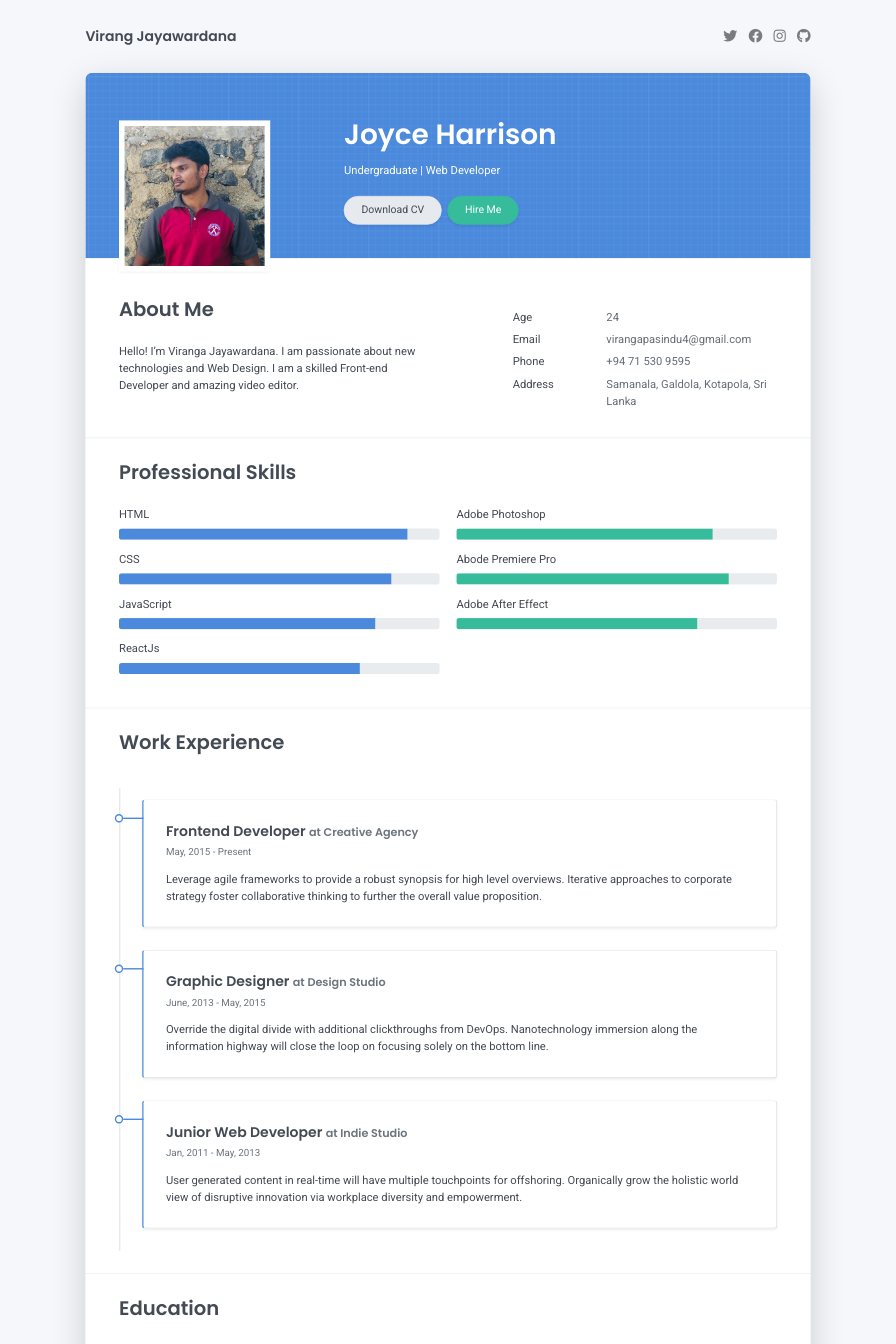
Repository: virangaj/resume
Page: index.html
The author's editor kept a copy of each file at every save. The page is drawn from the files as they stood at one save, then again after the next save.
The browser window is 1280 px wide. The pictures show the part of the page from y = 0 to 1920 px (the page is 3388 px tall), at 70% of full size.

Above is the page before, as saved 2021-08-31 19:27:20.

### index.html
<!DOCTYPE html>
<html lang="en-US">
	<head>
		<meta charset="UTF-8" />
		<meta http-equiv="X-UA-Compatible" content="IE=edge" />
		<meta name="viewport" content="width=device-width, initial-scale=1" />
		<title>Virang Jayawardana</title>
		<link
			rel="preconnect"
			href="https://fonts.gstatic.com"
			crossorigin="crossorigin"
		/>
		<link
			rel="preload"
			as="style"
			href="https://fonts.googleapis.com/css2?family=Poppins:wght@600&amp;family=Roboto:wght@300;400;500;700&amp;display=swap"
		/>
		<link
			rel="stylesheet"
			href="https://fonts.googleapis.com/css2?family=Poppins:wght@600&amp;family=Roboto:wght@300;400;500;700&amp;display=swap"
			media="print"
			onload="this.media='all'"
		/>
		<noscript>
			<link
				rel="stylesheet"
				href="https://fonts.googleapis.com/css2?family=Poppins:wght@600&amp;family=Roboto:wght@300;400;500;700&amp;display=swap"
			/>
		</noscript>
		<link href="css/font-awesome/css/all.min.css?ver=1.2.0" rel="stylesheet" />
		<link href="css/bootstrap.min.css?ver=1.2.0" rel="stylesheet" />
		<link href="css/aos.css?ver=1.2.0" rel="stylesheet" />
		<link href="css/main.css?ver=1.2.0" rel="stylesheet" />
		<noscript>
			<style type="text/css">
				[data-aos] {
					opacity: 1 !important;
					transform: translate(0) scale(1) !important;
				}
			</style>
		</noscript>
	</head>
	<body id="top">
		<header class="d-print-none">
			<div class="container text-center text-lg-left">
				<div class="py-3 clearfix">
					<h1 class="site-title mb-0">Virang Jayawardana</h1>
					<div class="site-nav">
						<nav role="navigation">
							<ul class="nav justify-content-center">
								<li class="nav-item">
									<a
										class="nav-link"
										href="https://twitter.com/VirangaPasi"
										title="Twitter"
										><i class="fab fa-twitter"></i
										><span class="menu-title sr-only">Twitter</span></a
									>
								</li>
								<li class="nav-item">
									<a
										class="nav-link"
										href="https://www.facebook.com/virangapasindu.jayawardana/"
										title="Facebook"
										><i class="fab fa-facebook"></i
										><span class="menu-title sr-only">Facebook</span></a
									>
								</li>
								<li class="nav-item">
									<a
										class="nav-link"
										href="https://www.instagram.com/pasiya_k9/"
										title="Instagram"
										><i class="fab fa-instagram"></i
										><span class="menu-title sr-only">Instagram</span></a
									>
								</li>
								<li class="nav-item">
									<a
										class="nav-link"
										href="https://github.com/Viranga-pasi"
										title="Github"
										><i class="fab fa-github"></i
										><span class="menu-title sr-only">Github</span></a
									>
								</li>
							</ul>
						</nav>
					</div>
				</div>
			</div>
		</header>
		<div class="page-content">
			<div class="container">
				<div class="cover shadow-lg bg-white">
					<div class="cover-bg p-3 p-lg-4 text-white">
						<div class="row">
							<div class="col-lg-4 col-md-5">
								<div class="avatar hover-effect bg-white shadow-sm p-1">
									<img src="images/avatar.jpg" width="200" height="200" />
								</div>
							</div>
							<div class="col-lg-8 col-md-7 text-center text-md-start">
								<h2 class="h1 mt-2" data-aos="fade-left" data-aos-delay="0">
									Joyce Harrison
								</h2>
								<p data-aos="fade-left" data-aos-delay="100">
									Undergraduate | Web Developer
								</p>
								<div
									class="d-print-none"
									data-aos="fade-left"
									data-aos-delay="200"
								>
									<a
										class="btn btn-light text-dark shadow-sm mt-1 me-1"
										href="right-resume.pdf"
										target="_blank"
										>Download CV</a
									><a class="btn btn-success shadow-sm mt-1" href="#contact"
										>Hire Me</a
									>
								</div>
							</div>
						</div>
					</div>
					<div class="about-section pt-4 px-3 px-lg-4 mt-1">
						<div class="row">
							<div class="col-md-6">
								<h2 class="h3 mb-3">About Me</h2>
								<p>
									Hello! I’m Viranga Jayawardana. I am passionate about new
									technologies and Web Design. I am a skilled Front-end
									Developer and amazing video editor.
								</p>
							</div>
							<div class="col-md-5 offset-md-1">
								<div class="row mt-2">
									<div class="col-sm-4">
										<div class="pb-1">Age</div>
									</div>
									<div class="col-sm-8">
										<div class="pb-1 text-secondary">24</div>
									</div>
									<div class="col-sm-4">
										<div class="pb-1">Email</div>
									</div>
									<div class="col-sm-8">
										<div class="pb-1 text-secondary">
											virangapasindu4@gmail.com
										</div>
									</div>
									<div class="col-sm-4">
										<div class="pb-1">Phone</div>
									</div>
									<div class="col-sm-8">
										<div class="pb-1 text-secondary">+94 71 530 9595</div>
									</div>
									<div class="col-sm-4">
										<div class="pb-1">Address</div>
									</div>
									<div class="col-sm-8">
										<div class="pb-1 text-secondary">
											Samanala, Galdola, Kotapola, Sri Lanka
										</div>
									</div>
								</div>
							</div>
						</div>
					</div>
					<hr class="d-print-none" />
					<div class="skills-section px-3 px-lg-4">
						<h2 class="h3 mb-3">Professional Skills</h2>
						<div class="row">
							<div class="col-md-6">
								<div class="mb-2">
									<span>HTML</span>
									<div class="progress my-1">
										<div
											class="progress-bar bg-primary"
											role="progressbar"
											data-aos="zoom-in-right"
											data-aos-delay="100"
											data-aos-anchor=".skills-section"
											style="width: 90%"
											aria-valuenow="90"
											aria-valuemin="0"
											aria-valuemax="100"
										></div>
									</div>
								</div>
								<div class="mb-2">
									<span>CSS</span>
									<div class="progress my-1">
										<div
											class="progress-bar bg-primary"
											role="progressbar"
											data-aos="zoom-in-right"
											data-aos-delay="200"
											data-aos-anchor=".skills-section"
											style="width: 85%"
											aria-valuenow="85"
											aria-valuemin="0"
											aria-valuemax="100"
										></div>
									</div>
								</div>
								<div class="mb-2">
									<span>JavaScript</span>
									<div class="progress my-1">
										<div
											class="progress-bar bg-primary"
											role="progressbar"
											data-aos="zoom-in-right"
											data-aos-delay="300"
											data-aos-anchor=".skills-section"
											style="width: 80%"
											aria-valuenow="80"
											aria-valuemin="0"
											aria-valuemax="100"
										></div>
									</div>
								</div>
								<div class="mb-2">
									<span>ReactJs</span>
									<div class="progress my-1">
										<div
											class="progress-bar bg-primary"
											role="progressbar"
											data-aos="zoom-in-right"
											data-aos-delay="300"
											data-aos-anchor=".skills-section"
											style="width: 75%"
											aria-valuenow="75"
											aria-valuemin="0"
											aria-valuemax="100"
										></div>
									</div>
								</div>
							</div>
							<div class="col-md-6">
								<div class="mb-2">
									<span>Adobe Photoshop</span>
									<div class="progress my-1">
										<div
											class="progress-bar bg-success"
											role="progressbar"
											data-aos="zoom-in-right"
											data-aos-delay="400"
											data-aos-anchor=".skills-section"
											style="width: 80%"
											aria-valuenow="90"
											aria-valuemin="0"
											aria-valuemax="100"
										></div>
									</div>
								</div>
								<div class="mb-2">
									<span>Abode Premiere Pro</span>
									<div class="progress my-1">
										<div
											class="progress-bar bg-success"
											role="progressbar"
											data-aos="zoom-in-right"
											data-aos-delay="500"
											data-aos-anchor=".skills-section"
											style="width: 85%"
											aria-valuenow="85"
											aria-valuemin="0"
											aria-valuemax="100"
										></div>
									</div>
								</div>
								<div class="mb-2">
									<span>Adobe After Effect</span>
									<div class="progress my-1">
										<div
											class="progress-bar bg-success"
											role="progressbar"
											data-aos="zoom-in-right"
											data-aos-delay="600"
											data-aos-anchor=".skills-section"
											style="width: 75%"
											aria-valuenow="75"
											aria-valuemin="0"
											aria-valuemax="100"
										></div>
									</div>
								</div>
							</div>
						</div>
					</div>
					<hr class="d-print-none" />
					<div class="work-experience-section px-3 px-lg-4">
						<h2 class="h3 mb-4">Work Experience</h2>
						<div class="timeline">
							<div class="timeline-card timeline-card-primary card shadow-sm">
								<div class="card-body">
									<div class="h5 mb-1">
										Frontend Developer
										<span class="text-muted h6">at Creative Agency</span>
									</div>
									<div class="text-muted text-small mb-2">
										May, 2015 - Present
									</div>
									<div>
										Leverage agile frameworks to provide a robust synopsis for
										high level overviews. Iterative approaches to corporate
										strategy foster collaborative thinking to further the
										overall value proposition.
									</div>
								</div>
							</div>
							<div class="timeline-card timeline-card-primary card shadow-sm">
								<div class="card-body">
									<div class="h5 mb-1">
										Graphic Designer
										<span class="text-muted h6">at Design Studio</span>
									</div>
									<div class="text-muted text-small mb-2">
										June, 2013 - May, 2015
									</div>
									<div>
										Override the digital divide with additional clickthroughs
										from DevOps. Nanotechnology immersion along the information
										highway will close the loop on focusing solely on the bottom
										line.
									</div>
								</div>
							</div>
							<div class="timeline-card timeline-card-primary card shadow-sm">
								<div class="card-body">
									<div class="h5 mb-1">
										Junior Web Developer
										<span class="text-muted h6">at Indie Studio</span>
									</div>
									<div class="text-muted text-small mb-2">
										Jan, 2011 - May, 2013
									</div>
									<div>
										User generated content in real-time will have multiple
										touchpoints for offshoring. Organically grow the holistic
										world view of disruptive innovation via workplace diversity
										and empowerment.
									</div>
								</div>
							</div>
						</div>
					</div>
					<hr class="d-print-none" />
					<div class="page-break"></div>
					<div class="education-section px-3 px-lg-4 pb-4">
						<h2 class="h3 mb-4">Education</h2>
						<div class="timeline">
							<div class="timeline-card timeline-card-success card shadow-sm">
								<div class="card-body">
									<div class="h5 mb-1">
										Masters in Information Technology
										<span class="text-muted h6"
											>from International University</span
										>
									</div>
									<div class="text-muted text-small mb-2">2011 - 2013</div>
									<div>
										Leverage agile frameworks to provide a robust synopsis for
										high level overviews. Iterative approaches to corporate
										strategy foster collaborative thinking to further the
										overall value proposition.
									</div>
								</div>
							</div>
							<div class="timeline-card timeline-card-success card shadow-sm">
								<div class="card-body">
									<div class="h5 mb-1">
										Bachelor of Computer Science
										<span class="text-muted h6">from Regional College</span>
									</div>
									<div class="text-muted text-small mb-2">2007 - 2011</div>
									<div>
										Override the digital divide with additional clickthroughs
										from DevOps. Nanotechnology immersion along the information
										highway will close the loop on focusing solely on the bottom
										line.
									</div>
								</div>
							</div>
							<div class="timeline-card timeline-card-success card shadow-sm">
								<div class="card-body">
									<div class="h5 mb-1">
										Science and Mathematics
										<span class="text-muted h6">from Mt. High Scool</span>
									</div>
									<div class="text-muted text-small mb-2">1995 - 2007</div>
									<div>
										User generated content in real-time will have multiple
										touchpoints for offshoring. Organically grow the holistic
										world view of disruptive innovation via workplace diversity
										and empowerment.
									</div>
								</div>
							</div>
						</div>
					</div>
					<hr class="d-print-none" />
					<div class="contant-section px-3 px-lg-4 pb-4" id="contact">
						<h2 class="h3 text mb-3">Contact</h2>
						<div class="row">
							<div class="col-md-7 d-print-none">
								<div class="my-2">
									<form
										action="https://formspree.io/your@email.com"
										method="POST"
									>
										<div class="row">
											<div class="col-6">
												<input
													class="form-control"
													type="text"
													id="name"
													name="name"
													placeholder="Your Name"
													required
												/>
											</div>
											<div class="col-6">
												<input
													class="form-control"
													type="email"
													id="email"
													name="_replyto"
													placeholder="Your E-mail"
													required
												/>
											</div>
										</div>
										<div class="form-group my-2">
											<textarea
												class="form-control"
												style="resize: none"
												id="message"
												name="message"
												rows="4"
												placeholder="Your Message"
												required
											></textarea>
										</div>
										<button class="btn btn-primary mt-2" type="submit">
											Send
										</button>
									</form>
								</div>
							</div>
							<div class="col">
								<div class="mt-2">
									<h3 class="h6">Address</h3>
									<div class="pb-2 text-secondary">
										140, City Center, New York, U.S.A
									</div>
									<h3 class="h6">Phone</h3>
									<div class="pb-2 text-secondary">+0718-111-0011</div>
									<h3 class="h6">Email</h3>
									<div class="pb-2 text-secondary">Joyce@company.com</div>
								</div>
							</div>
							<div class="col d-none d-print-block">
								<div class="mt-2">
									<div>
										<div class="mb-2">
											<div class="text-dark">
												<i class="fab fa-twitter mr-1"></i
												><span>https://twitter.com/templateflip</span>
											</div>
										</div>
										<div class="mb-2">
											<div class="text-dark">
												<i class="fab fa-facebook mr-1"></i
												><span>https://www.facebook.com/templateflip</span>
											</div>
										</div>
										<div class="mb-2">
											<div class="text-dark">
												<i class="fab fa-instagram mr-1"></i
												><span>https://www.instagram.com/templateflip</span>
											</div>
										</div>
										<div class="mb-2">
											<div class="text-dark">
												<i class="fab fa-github mr-1"></i
												><span>https://github.com/templateflip</span>
											</div>
										</div>
									</div>
								</div>
							</div>
						</div>
					</div>
				</div>
			</div>
		</div>
		<footer class="pt-4 pb-4 text-muted text-center d-print-none">
			<div class="container">
				<div class="my-3">
					<div class="h4">Joyce Harrison</div>
					<div class="footer-nav">
						<nav role="navigation">
							<ul class="nav justify-content-center">
								<li class="nav-item">
									<a
										class="nav-link"
										href="https://twitter.com/templateflip"
										title="Twitter"
										><i class="fab fa-twitter"></i
										><span class="menu-title sr-only">Twitter</span></a
									>
								</li>
								<li class="nav-item">
									<a
										class="nav-link"
										href="https://www.facebook.com/templateflip"
										title="Facebook"
										><i class="fab fa-facebook"></i
										><span class="menu-title sr-only">Facebook</span></a
									>
								</li>
								<li class="nav-item">
									<a
										class="nav-link"
										href="https://www.instagram.com/templateflip"
										title="Instagram"
										><i class="fab fa-instagram"></i
										><span class="menu-title sr-only">Instagram</span></a
									>
								</li>
								<li class="nav-item">
									<a
										class="nav-link"
										href="https://github.com/templateflip"
										title="Github"
										><i class="fab fa-github"></i
										><span class="menu-title sr-only">Github</span></a
									>
								</li>
							</ul>
						</nav>
					</div>
				</div>
				<div class="text-small">
					<div class="mb-1">&copy; Right Resume. All rights reserved.</div>
					<div>
						Design -
						<a href="https://templateflip.com/" target="_blank">TemplateFlip</a>
					</div>
				</div>
			</div>
		</footer>
		<script src="scripts/bootstrap.bundle.min.js?ver=1.2.0"></script>
		<script src="scripts/aos.js?ver=1.2.0"></script>
		<script src="scripts/main.js?ver=1.2.0"></script>
	</body>
</html>

### css/main.css
/* Buttons */
/* Inputs */
/* Timeline custom component */
.timeline {
	border-left: 2px solid #e6e9ed;
	padding: 1rem 0;
}

.timeline-card {
	position: relative;
	margin-left: 31px;
	border-left: 2px solid;
	margin-bottom: 2rem;
}

.timeline-card:last-child {
	margin-bottom: 1rem;
}

.timeline-card:before {
	content: '';
	display: inline-block;
	position: absolute;
	background-color: #fff;
	border-radius: 10px;
	width: 12px;
	height: 12px;
	top: 20px;
	left: -41px;
	border: 2px solid;
	z-index: 2;
}

.timeline-card:after {
	content: '';
	display: inline-block;
	position: absolute;
	background-color: currentColor;
	width: 29px;
	height: 2px;
	top: 25px;
	left: -29px;
	z-index: 1;
}

.timeline-card-primary {
	border-left-color: #4a89dc;
}

.timeline-card-primary:before {
	border-color: #4a89dc;
}

.timeline-card-primary:after {
	background-color: #4a89dc;
}

.timeline-card-success {
	border-left-color: #37bc9b;
}

.timeline-card-success:before {
	border-color: #37bc9b;
}

.timeline-card-success:after {
	background-color: #37bc9b;
}

html {
	scroll-behavior: smooth;
}

.site-title {
	font-size: 1.25rem;
	line-height: 2.5rem;
}

.nav-link {
	padding: 0;
	font-size: 1.25rem;
	line-height: 2.5rem;
	color: rgba(0, 0, 0, 0.5);
}

.nav-link:hover,
.nav-link:focus,
.active .nav-link {
	color: rgba(0, 0, 0, 0.8);
}

.nav-item + .nav-item {
	margin-left: 1rem;
}

.cover {
	border-radius: 10px;
}

.cover-bg {
	background-color: #4a89dc;
	background-image: url("data:[embedded picture, 1696 characters]");
	border-radius: 10px 10px 0 0;
}

.avatar {
	max-width: 216px;
	max-height: 216px;
	margin-top: 20px;
	text-align: center;
	margin-left: auto;
	margin-right: auto;
}

.avatar img {
	/* Safari 6.0 - 9.0 */
	/* filter: grayscale(100%); */
}

footer a:not(.nav-link) {
	color: inherit;
	border-bottom: 1px dashed;
	text-decoration: none;
	cursor: pointer;
}

@media (min-width: 48em) {
	.site-title {
		float: left;
	}
	.site-nav {
		float: right;
	}
	.avatar {
		margin-bottom: -80px;
		margin-left: 0;
	}
}

@media print {
	body {
		background-color: #fff;
	}
	.container {
		width: auto;
		max-width: 100%;
		padding: 0;
	}
	.cover,
	.cover-bg {
		border-radius: 0;
	}
	.cover.shadow-lg {
		box-shadow: none !important;
	}
	.cover-bg {
		padding: 5rem !important;
		padding-bottom: 10px !important;
	}
	.avatar {
		margin-top: -10px;
	}
	.about-section {
		padding: 6.5rem 5rem 2rem !important;
	}
	.skills-section,
	.work-experience-section,
	.education-section,
	.contant-section {
		padding: 1.5rem 5rem 2rem !important;
	}
	.page-break {
		padding-top: 5rem;
		page-break-before: always;
	}
}

Loaded but not shown: css/font-awesome/css/all.min.css (library); css/bootstrap.min.css (library); css/aos.css (library); scripts/bootstrap.bundle.min.js (library); scripts/aos.js (library); scripts/main.js (common file)

After the next save:
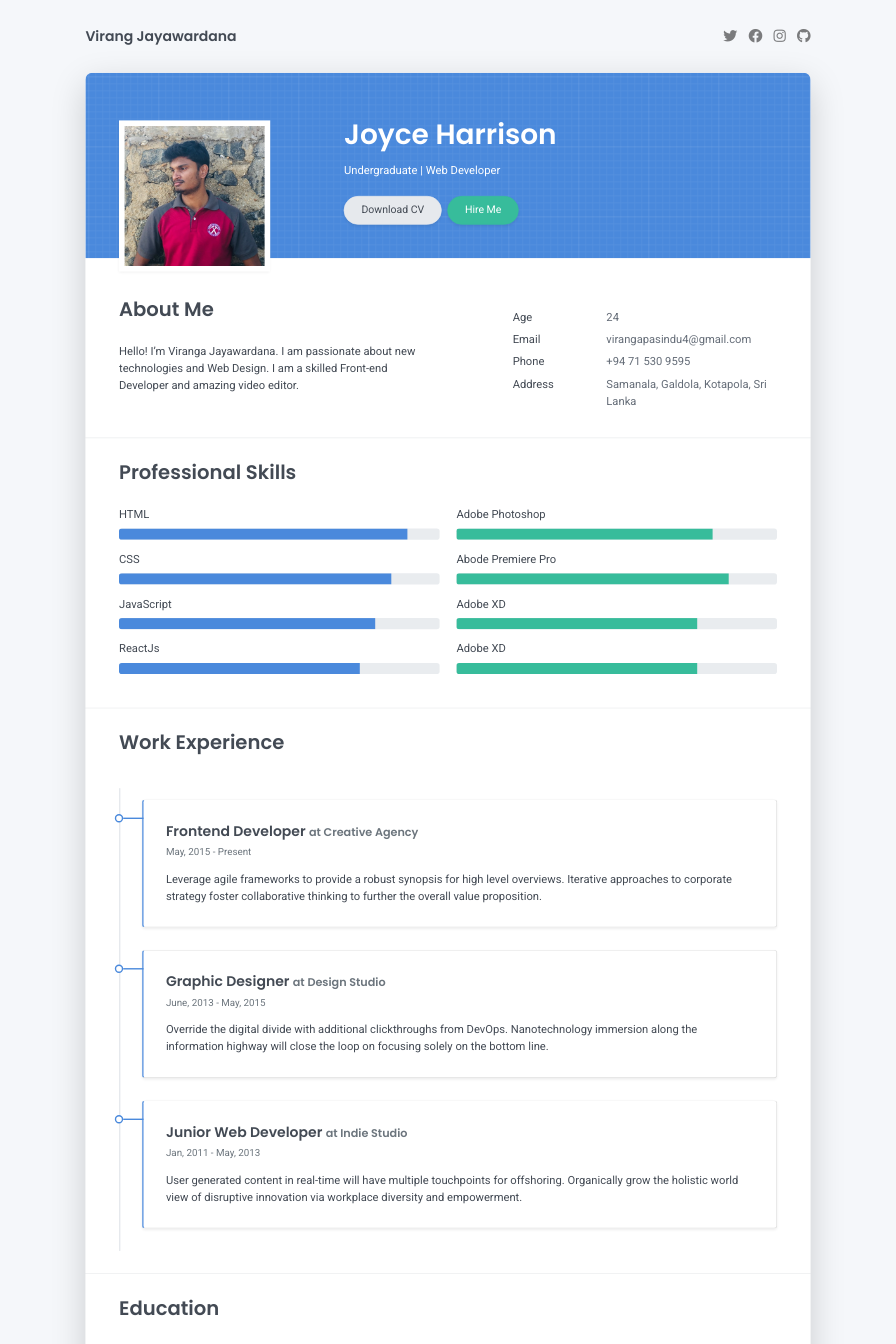
Saved 22 s later.
--- a/index.html
+++ b/index.html
@@ -272,7 +272,23 @@
 									</div>
 								</div>
 								<div class="mb-2">
-									<span>Adobe After Effect</span>
+									<span>Adobe XD</span>
+									<div class="progress my-1">
+										<div
+											class="progress-bar bg-success"
+											role="progressbar"
+											data-aos="zoom-in-right"
+											data-aos-delay="600"
+											data-aos-anchor=".skills-section"
+											style="width: 75%"
+											aria-valuenow="75"
+											aria-valuemin="0"
+											aria-valuemax="100"
+										></div>
+									</div>
+								</div>
+								<div class="mb-2">
+									<span>Adobe XD</span>
 									<div class="progress my-1">
 										<div
 											class="progress-bar bg-success"
